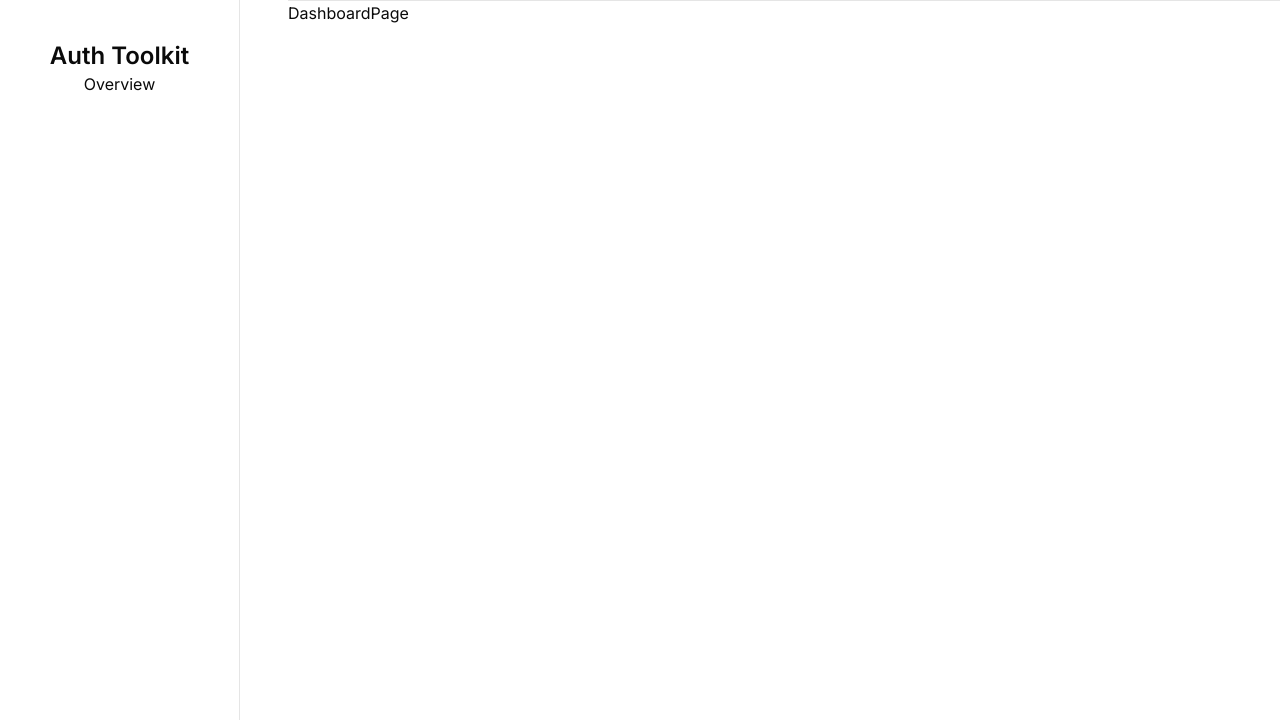
Repository: nickgoel31/authentication-toolkit
Page: /dashboard
An editor plug-in stored every save of this project. The page is shown before and after the next save, followed by the edit.
The browser window is 1280 px wide. The pictures show the whole page.
The page's requests for data from a server got no answer. The project was rebuilt for these pictures with package versions that can differ from the ones it lists, and the page was loaded fresh each time. The framework's server and built-in components were replaced by stand-ins that run in the browser. No one was signed in, and anything a server would have sent is missing. Also part of the build but not shown: next.config.mjs.

Above is the page before, as saved 2024-02-05 00:46:10.

After the next save:
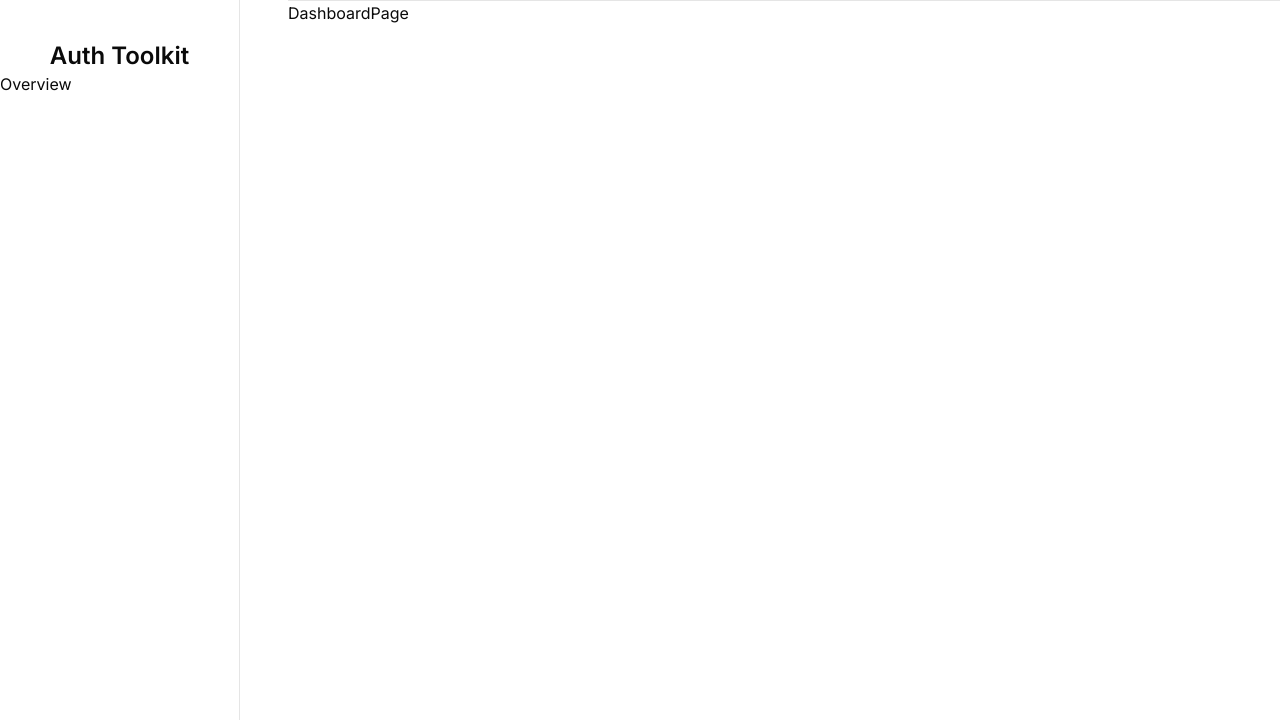
Saved 17 s later.
--- a/app/(protected)/_components/sidebar.tsx
+++ b/app/(protected)/_components/sidebar.tsx
@@ -3,8 +3,8 @@ import React from 'react'
 
 const Sidebar = () => {
   return (
-    <div className='border-r bg-[var(--background)]  w-60 h-full fixed top-0 left-0 py-10 flex flex-col items-center justify-start '>
-        <h1 className='font-semibold text-2xl'>Auth Toolkit</h1>
+    <div className='border-r bg-[var(--background)]  w-60 h-full fixed top-0 left-0 py-10 flex flex-col  justify-start '>
+        <h1 className='font-semibold text-2xl text-center'>Auth Toolkit</h1>
 
         <div className=''>
             <Link href={"/dashboard"}>
